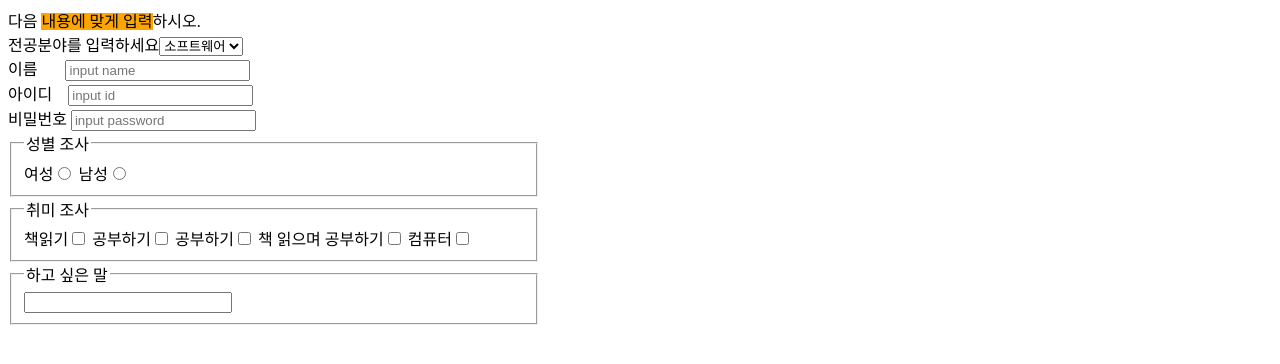
Repository: jwlee0714/HTML
Page: html/quiz-설문조사.html
An editor plug-in stored every save of this project. The page is shown before and after the next save, followed by the edit.
The browser window is 1280 px wide. The pictures show the whole page.

Above is the page before, as saved 2021-10-05 08:50:42.

### html/quiz-설문조사.html
<!DOCTYPE html>
<html>
<head>
<meta charset="UTF-8">
<title>Insert title here</title>
</head>
<body>

	<table align="left" bgcolor="white" width="700" >

	<tr>


	<div>
		<span >다음</span>
		<span style="background-color:orange;">내용에 맞게 입력</span>하시오.
	</div>

	<form method="get">
		전공분야를 입력하세요<select name ="select">
			<option value="p1">소프트웨어
			<option value="p2">하드웨어
			<option value="p3">정보공학<br>
		</select>
		<br>이름&nbsp; &nbsp; &nbsp; &nbsp;<input type="text" name ="name" placeholder="input name"><br>
		아이디 &nbsp; &nbsp;<input type="text" name ="id" placeholder="input id"><br>
		비밀번호 <input type="password" name="pwd" placeholder="input password"><br>
	</form>

</table>


<fieldset style="width:500px;">
		<legend>성별 조사 </legend>
		여성<input type="radio">
		남성<input type="radio">
</fieldset>
<fieldset style="width:500px;">
		<legend>취미 조사 </legend>
		책읽기<input type="checkbox">
		공부하기<input type="checkbox">
		공부하기<input type="checkbox">
		책 읽으며 공부하기<input type="checkbox">
		컴퓨터<input type="checkbox">
</fieldset>
<fieldset style="width:500px;">
		<legend>하고 싶은 말 </legend>
		<input style= width:200px; type="text">
</fieldset>



</body>
</html>

After the next save:
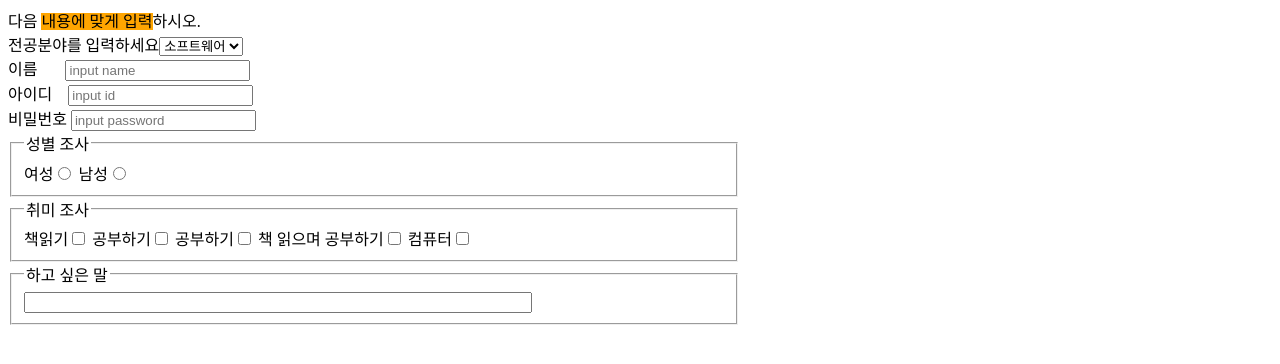
Saved 32 s later.
--- a/html/quiz-설문조사.html
+++ b/html/quiz-설문조사.html
@@ -30,12 +30,12 @@
 </table>
 
 
-<fieldset style="width:500px;">
+<fieldset style="width:700px;">
 		<legend>성별 조사 </legend>
 		여성<input type="radio">
 		남성<input type="radio">
 </fieldset>
-<fieldset style="width:500px;">
+<fieldset style="width:700px;">
 		<legend>취미 조사 </legend>
 		책읽기<input type="checkbox">
 		공부하기<input type="checkbox">
@@ -43,9 +43,9 @@
 		책 읽으며 공부하기<input type="checkbox">
 		컴퓨터<input type="checkbox">
 </fieldset>
-<fieldset style="width:500px;">
+<fieldset style="width:700px;">
 		<legend>하고 싶은 말 </legend>
-		<input style= width:200px; type="text">
+		<input style= width:500px; type="text">
 </fieldset>
 
 
